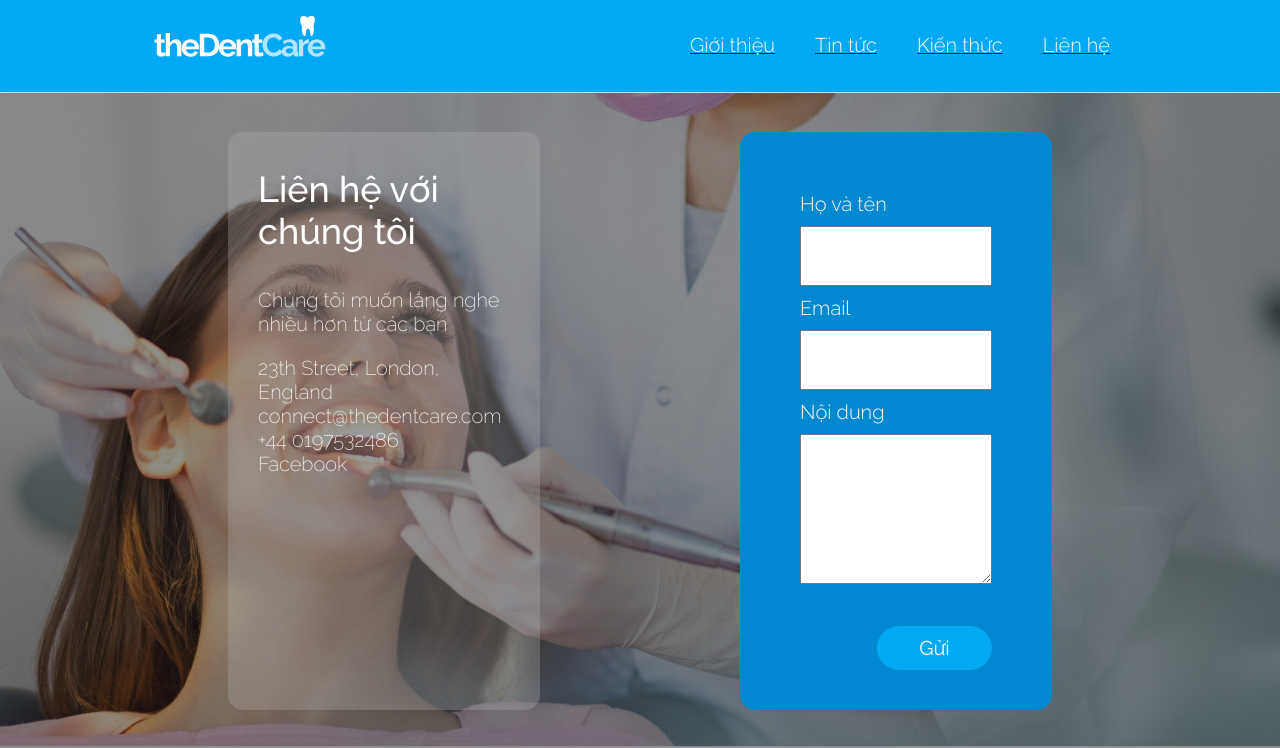
Repository: vantoan19/theDentCare
Page: /contact (app in theDentalCare/the-dental-care/)
The author's editor kept a copy of each file at every save. The page is drawn from the files as they stood at one save, then again after the next save.
The browser window is 1280 px wide. The pictures show the whole page.
The project was rebuilt for these pictures with package versions that can differ from the ones it lists, and the page was loaded fresh each time. The framework's server and built-in components were replaced by stand-ins that run in the browser.

Above is the page before, as saved 2022-09-23 20:40:58.

### theDentalCare/the-dental-care/pages/_app.js
import { createGlobalStyle } from "styled-components";

const GlobalStyle = createGlobalStyle`
    html,
    body, input, textarea, button {
        padding: 0;
        margin: 0;
        font-family: Raleway;
        font-size: 10px;
    }
    html,
    body {
      height: 100%;
    }

    * {
        box-sizing: border-box;
    }
`;

function MyApp({ Component, pageProps }) {
  return (
    <>
      <GlobalStyle />
      <Component {...pageProps} />
    </>
  );
}

export default MyApp

### theDentalCare/the-dental-care/pages/_document.js
// pages/_document.js

import { Html, Head, Main, NextScript } from 'next/document'

export default function Document() {
  return (
    <Html>
      <Head>
        <link
          href="https://fonts.googleapis.com/css2?family=Raleway:ital,wght@0,100;0,200;0,300;0,400;0,500;0,600;0,700;0,800;0,900;1,100;1,200;1,300;1,400;1,500;1,600;1,700;1,800;1,900&display=swap"
          rel="stylesheet"
        />
      </Head>
      <body>
        <Main />
        <NextScript />
      </body>
    </Html>
  )
}

### theDentalCare/the-dental-care/pages/contact/index.js
import { Fragment } from "react";
import styled from "styled-components";
import NavBar from "../../components/NavBar/NavBar";
import BackgroundImage from "../../components/BackgroundImage/BackgroundImage";
import Card from "../../components/UI/Card/Card";
import Button from "../../components/UI/Button/Button";

const ContactFormTextInput = styled.input`
  width: 100%;
  height: 60px;
`;

const ContactFormTextArea = styled.textarea`
  width: 100%;
  height: 150px;
`;

const ContactFormTitle = styled.h3`
  color: #fff;
  font-size: 2rem;
  font-weight: 300;
  margin: 10px 0;
`;

const ContactFormButton = styled(Button)`
  font-size: 2rem;
  padding: 10px 20px;
  margin: 40px 0;
  width: 60%;
  float: right;
`;

const ContactForm = styled.form`
  background-color: rgba(2, 136, 209, 1);
  margin: 60px;
`;

const FormCard = styled(Card)`
  width: 50%;
`;

const ContactInfoTitle = styled.h3`
  color: #fff;
  font-size: 3.6rem;
  font-weight: 500;
`;

const ContactInfoDesc = styled.p`
  color: #fff;
  font-size: 2rem;
  font-weight: 200;
`;

const ContactInfoDetails = styled.a`
  color: #fff;
  font-size: 2rem;
  font-weight: 200;
  display: block;
`;

const ContactInfoWrapper = styled.div`
  margin: 30px;
`;

const InfoCard = styled(Card)`
  width: 50%;
  background-color: rgba(180, 180, 180, 0.3);
`;

const Flex = styled.div`
  display: flex;
  position: absolute;
  top: 50%;
  left: 50%;
  transform: translate(-50%, -50%);
  z-index: 3;
  width: 80%;
`;

const ContactContainer = styled.div`
  position: relative;
`;

export default function Contact() {
  return (
    <Fragment>
      <NavBar />
      <ContactContainer>
        <BackgroundImage
          src="/contact_image.jpeg"
          alt="contact background image"
          isMasked={true}
        />
        <Flex>
          <InfoCard>
            <ContactInfoWrapper>
              <ContactInfoTitle>Liên hệ với chúng tôi</ContactInfoTitle>
              <ContactInfoDesc>
                Chúng tôi muốn lắng nghe nhiều hơn từ các bạn
              </ContactInfoDesc>
              <ContactInfoDetails>
                23th Street, London, England
              </ContactInfoDetails>
              <ContactInfoDetails>connect@thedentcare.com</ContactInfoDetails>
              <ContactInfoDetails>+44 0197532486</ContactInfoDetails>
              <ContactInfoDetails>Facebook</ContactInfoDetails>
            </ContactInfoWrapper>
          </InfoCard>
          <FormCard>
            <ContactForm>
              <ContactFormTitle>Họ và tên</ContactFormTitle>
              <ContactFormTextInput />
              <ContactFormTitle>Email</ContactFormTitle>
              <ContactFormTextInput />
              <ContactFormTitle>Nội dung</ContactFormTitle>
              <ContactFormTextArea />
              <ContactFormButton>Gửi</ContactFormButton>
            </ContactForm>
          </FormCard>
        </Flex>
      </ContactContainer>
    </Fragment>
  );
}

### theDentalCare/the-dental-care/components/NavBar/NavBar.jsx
import React from 'react'
import Link from 'next/link'
import styled from 'styled-components'
import Logo from './Logo/Logo'
import NavItem from './NavItem/NavItem'

const LogoContainer = styled.div`
  margin: 0 150px;
`

const NavItemsGroup = styled.div`
  display: flex;
  height: 90px;
  align-items: center;
  margin: 0 150px;
`

const StyledAnchor = styled.a`
  text-decoration: none;
`

const NavContainer = styled.nav`
  background-color: #03A9F4;
  display: flex;
  flex-direction: row;
  justify-content: space-between;
  box-shadow: 0px 2px 4px 1px #B3E5FC;
  margin-bottom: 1px;
`

const NavBar = () => {
  return (
    <NavContainer>
      <LogoContainer>
        <Link href='/'>
          <StyledAnchor>
            <Logo/>
          </StyledAnchor>
        </Link>
      </LogoContainer>
      <NavItemsGroup>
        <Link href='/about'>
          <StyledAnchor>
            <NavItem>Giới thiệu</NavItem>
          </StyledAnchor>
        </Link>
        <Link href='/news'>
          <StyledAnchor>
            <NavItem>Tin tức</NavItem>
          </StyledAnchor>
        </Link>
        <Link href='/knowledge'>
          <StyledAnchor>
            <NavItem>Kiến thức</NavItem>
          </StyledAnchor>
        </Link>
        <Link href='/contact'>
          <StyledAnchor>
            <NavItem>Liên hệ</NavItem>
          </StyledAnchor>
        </Link>
      </NavItemsGroup>
    </NavContainer>
  )
}

export default NavBar

### theDentalCare/the-dental-care/components/BackgroundImage/BackgroundImage.jsx
import React from "react";
import styled from "styled-components";

const StyledImage = styled.img`
  width: 100%;
  height: 100%;
`;

const GreyMask = styled.div`
  background-color: rgba(30, 30, 30, 0.5);
  width: 100%;
  height: 100%;
  z-index: 2;
  position: absolute;
  top: 0;
  left: 0;
`;

const BackgroundContainer = styled.div`
  width: 100%;
  height: 100%;
  position: relative;
`;

const BackgroundImage = (props) => {
  return (
    <BackgroundContainer>
      <StyledImage src={props.src} alt={props.alt} />
      {props.isMasked && <GreyMask />}
    </BackgroundContainer>
  );
};

export default BackgroundImage;

### theDentalCare/the-dental-care/components/UI/Card/Card.jsx
import React from "react";
import styled from "styled-components";

const StyledDiv = styled.div`
  margin: 0 100px;
  background-color: #0288d1;
  border-radius: 15px;
`;

const Card = (props) => {
  return <StyledDiv className={props.className}>{props.children}</StyledDiv>;
};

export default Card;

### theDentalCare/the-dental-care/components/UI/Button/Button.jsx
import React from 'react'
import styled from 'styled-components'

const StyledButton = styled.button`
    border: none;
    padding: 15px;
    border-radius: 30px;
    color: #fff;
    background-color: #03A9F4;
    cursor: pointer;
`

const Button = (props) => {
  return (
    <StyledButton onClick={props.action} className={props.className}>
        {props.children}
    </StyledButton>
  )
}

export default Button

### theDentalCare/the-dental-care/components/NavBar/Logo/Logo.jsx
import React from 'react'
import styled from 'styled-components'


const StyledLogo = styled.img`
  width: 180px;
  cursor: pointer;
`

const Logo = () => {
  return (
    <StyledLogo src='/theDentCare.svg'/>
  )
}

export default Logo

### theDentalCare/the-dental-care/components/NavBar/NavItem/NavItem.jsx
import React from 'react'
import styled from 'styled-components'

const StyledSpan = styled.span`
    cursor: pointer;
    margin: 0px 20px;
    font-size: 2rem;
    font-weight: 300;
    color: #fff;
`

const NavItem = (props) => {
    return (
      <StyledSpan>{props.children}</StyledSpan>
    )
}

export default NavItem

After the next save:
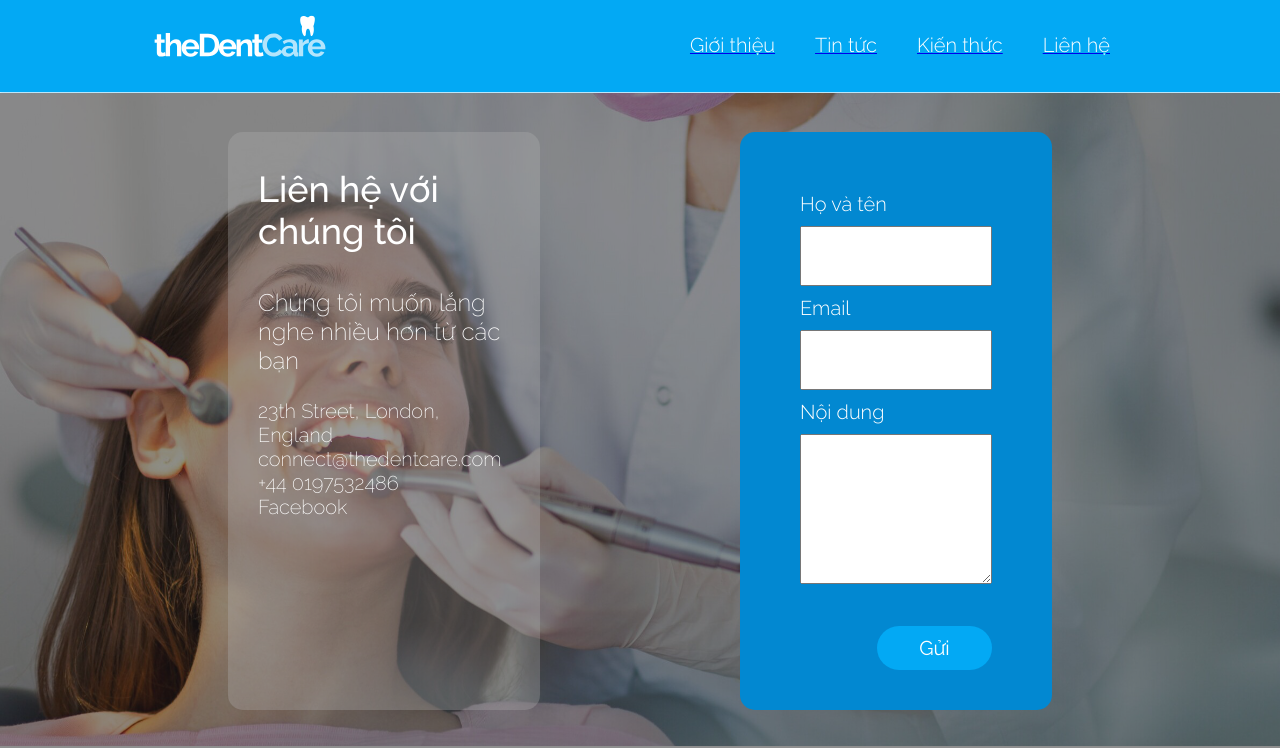
Saved 23 s later.
--- a/theDentalCare/the-dental-care/pages/contact/index.js
+++ b/theDentalCare/the-dental-care/pages/contact/index.js
@@ -47,7 +47,7 @@ const ContactInfoTitle = styled.h3`
 
 const ContactInfoDesc = styled.p`
   color: #fff;
-  font-size: 2rem;
+  font-size: 2.4rem;
   font-weight: 200;
 `;
 
